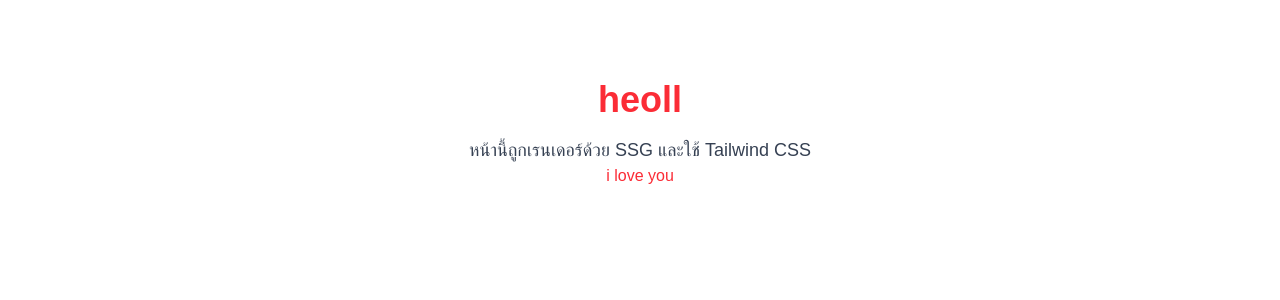
Repository: KongRucifer/SeaFood-Shop
Page: /
The author's editor kept a copy of each file at every save. The page is drawn from the files as they stood at one save, then again after the next save.
The browser window is 1280 px wide. The pictures show the whole page.
The project was rebuilt for these pictures with package versions that can differ from the ones it lists, and the page was loaded fresh each time. The framework's server and built-in components were replaced by stand-ins that run in the browser. Also part of the build but not shown: next.config.ts.

Above is the page before, as saved 2025-06-24 19:00:20.

### src/app/layout.tsx
import type { Metadata } from "next";
import { Geist, Geist_Mono } from "next/font/google";
import "./globals.css";

 const geistSans = Geist({
  variable: "--font-geist-sans",
  subsets: ["latin"],
});

const geistMono = Geist_Mono({
  variable: "--font-geist-mono",
  subsets: ["latin"],
});

export const metadata: Metadata = {
  title: "ຮ້ານຂາຍອາຫານທະເລ - ໜ້າທຳອິດ | Seafood Shop",
  description:
    "ຮ້ານຂາຍອາຫານທະເລອອນໄລ ໜ້າທຳອິດ ລວມອາຫານທະເລຫຼາກຫຼາຍ ເຊັ່ນ ປາ, ປູ, ກຸ້ງ ແລະ ອາຫານທະເລອື່ນໆ ສາມາດສັ່ງເຊົ້າ ແລະ ສັ່ງເຂົ້າໃນເວັບໄຊ ສາມາດເຮັດ ການໂອນເງິນ",
  keywords:
    "ອາຫານທະເລ ອອນໄລ, ຮ້ານຂາຍອາຫານທະເລ, ສັ່ງອາຫານທະເລ, ອາຫານທະເລສົ່ງໄວ",
  authors: [{ name: "kong mong thao" }],
  publisher: "Super Shop SeaFood",
  robots: {
    index: true,
    follow: true,
  },
  openGraph: {
    title: "ຮ້ານຂາຍອາຫານທະເລ - ໜ້າທຳອິດ | Seafood Shop",
    description:
      "ສັ່ງຊື້ອາຫານທະເລ ລາຄາຖືກ ສົ່ງໄວ ທັນໃຈ ມີບໍລິການໂອນເງີນ ປາຍທາງ",
    url: "http://localhost:3000/images/fish.jpeg",
    siteName: "Seafood Shop",
    locale: "th_TH",
    type: "website",
    images: [
      {
        url: "http://localhost:3000/images/myshopSeafood.jpeg",
        width: 1200,
        height: 630,
        alt: "Food Shop Image",
      },
    ],
  },
  twitter: {
    card: "summary_large_image",
    title: "ຮ້ານຂາຍອາຫານທະເລ - ໜ້າທຳອິດ | Seafood Shop",
    description:
      "ສັ່ງຊື້ອາຫານທະເລ ລາຄາຖືກ ສົ່ງໄວ ທັນໃຈ ມີບໍລິການໂອນເງີນ ປາຍທາງ",
    images: ["http://localhost:3000/images/seafood2.jpeg"],
  },
  alternates: {
    canonical: "https://yourdomain.com/",
  },
  viewport: 'width=device-width, initial-scale=1',
}

export default function RootLayout({
  children,
}: Readonly<{
  children: React.ReactNode;
}>) {
  return (
    <html lang="en">
      <body
        className={`${geistSans.variable} ${geistMono.variable} antialiased`}
      >
        {children}
      </body>
    </html>
  );
}

### src/app/page.tsx
// ✅ app/page.tsx
import React from 'react'
import Home from './views/Home'

export default async function FoodPage() {

  return (
    <div>
       <Home/>
    </div>
  )
}
// export default async function Home() {
//   const res = await fetch('https://jsonplaceholder.typicode.com/posts?_limit=5')
//   const posts = await res.json()

//   return (
//     <div>
//       <h1>Posts</h1>
//       <ul>
//         {posts.map((post: any) => (
//           <li key={post.id}>{post.title}</li>
//         ))}
//       </ul>
//     </div>
//   )
// }

### src/app/views/Home.tsx
export default function Home() {
  return (
<div className="max-w-xl mx-auto mt-20 text-center">
      <h1 className="text-4xl font-bold mb-4 text-red-500">heoll</h1>
      <p className="text-lg text-gray-700">หน้านี้ถูกเรนเดอร์ด้วย SSG และใช้ Tailwind CSS</p>
      <div className="text-red-500">i love you </div>
    </div>
  );
}

Loaded but not shown: src/app/globals.css (common file)

After the next save:
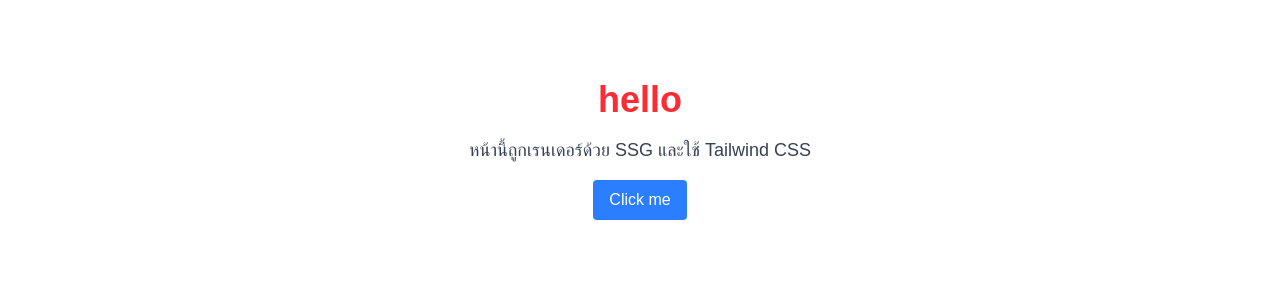
Saved 2 min 16 s later.
--- a/src/app/views/Home.tsx
+++ b/src/app/views/Home.tsx
@@ -1,9 +1,25 @@
+'use client'; // Only needed in app directory (if using Next.js 13+ with app/)
+
+import { useState } from 'react';
+
 export default function Home() {
+  const [showLove, setShowLove] = useState(false);
+
   return (
-<div className="max-w-xl mx-auto mt-20 text-center">
-      <h1 className="text-4xl font-bold mb-4 text-red-500">heoll</h1>
+    <div className="max-w-xl mx-auto mt-20 text-center">
+      <h1 className="text-4xl font-bold mb-4 text-red-500">hello</h1>
       <p className="text-lg text-gray-700">หน้านี้ถูกเรนเดอร์ด้วย SSG และใช้ Tailwind CSS</p>
-      <div className="text-red-500">i love you </div>
+
+      <button
+        className="mt-4 px-4 py-2 bg-blue-500 text-white rounded hover:bg-blue-600"
+        onClick={() => setShowLove(true)}
+      >
+        Click me
+      </button>
+
+      {showLove && (
+        <div className="mt-4 text-red-500 text-xl font-semibold">I love you</div>
+      )}
     </div>
   );
 }
